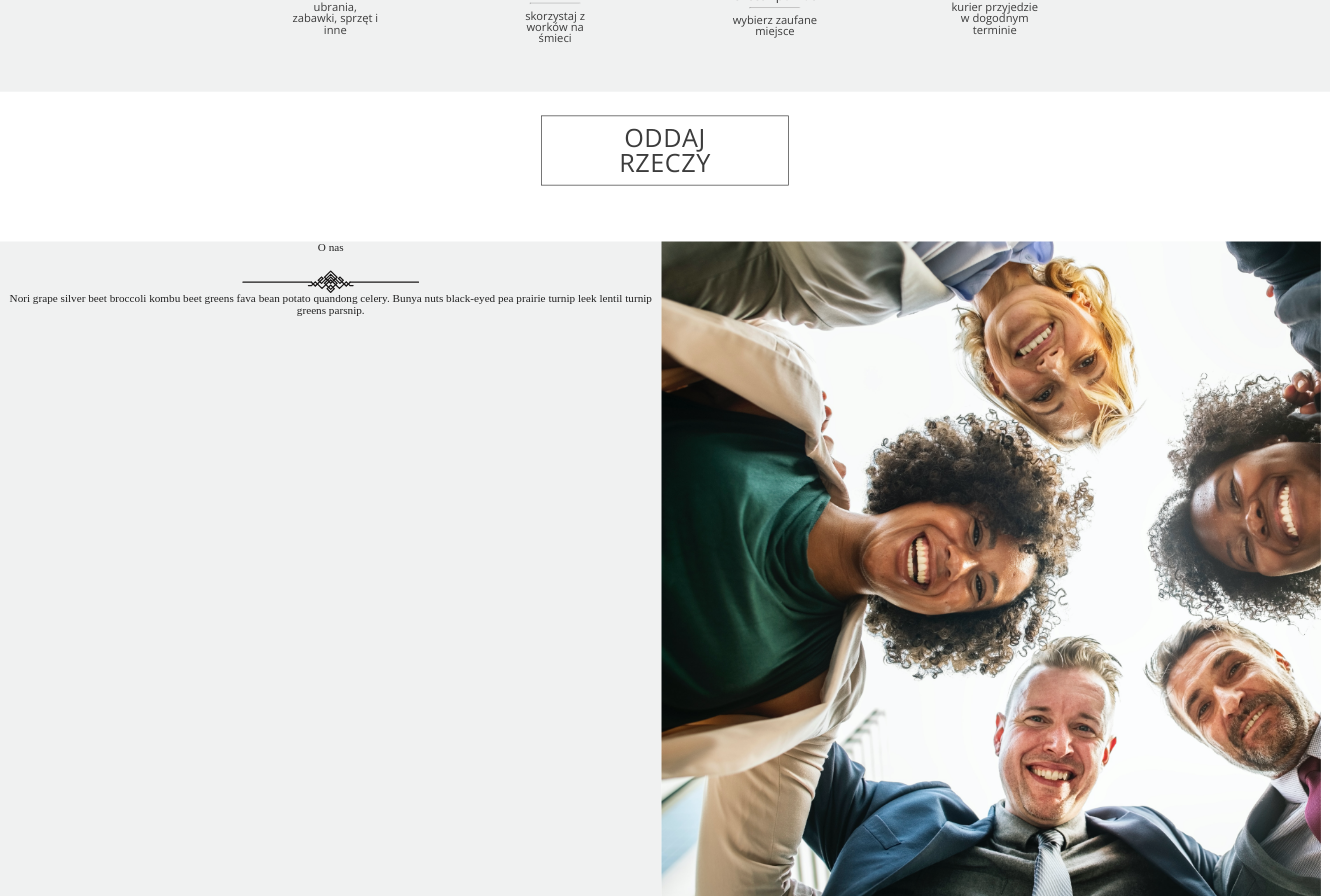
Repository: tomekwoojcik/oddam-w-dobre-rence
Page: /
These files come from the project's save history. The page is drawn as it stood at one moment and after the next save; the edit follows.
The browser window is 1280 px wide. The page is 1900 px wide, so the pictures cover 1900 px, including what lies to the right of the window. The pictures show the part of the page from y = 1720 to 3000 px (the page is 3000 px tall), at 70% of full size.
The project was rebuilt for these pictures with package versions that can differ from the ones it lists, and the page was loaded fresh each time. Also part of the build but not shown: src/pages/logIn/logIn.js, src/pages/register/register.js.

Above is the page before, as saved 2022-12-08 09:15:58.

### public/index.html
<!DOCTYPE html>
<html lang="en">
  <head>
    <meta charset="utf-8" />
    <link rel="icon" href="%PUBLIC_URL%/favicon.ico" />
    <meta name="viewport" content="width=device-width, initial-scale=1" />
    <meta name="theme-color" content="#000000" />
    <meta
      name="description"
      content="Web site created using create-react-app"
    />
    <link rel="apple-touch-icon" href="%PUBLIC_URL%/logo192.png" />
    <link rel="manifest" href="%PUBLIC_URL%/manifest.json" />
    <title>React App</title>
    <link rel="preconnect" href="https://fonts.googleapis.com">
    <link rel="preconnect" href="https://fonts.gstatic.com" crossorigin>
    <link
      href="https://fonts.googleapis.com/css2?family=Merriweather:ital,wght@0,300;0,400;0,700;0,900;1,300;1,400;1,700;1,900&family=Open+Sans:ital,wght@0,300;0,400;0,500;0,600;0,700;0,800;1,300;1,400;1,500;1,600;1,700;1,800&display=swap"
      rel="stylesheet">
  </head>
  <body>
    <div id="root"></div>
  </body>
</html>

### src/index.js
import React from 'react'
import ReactDOM from 'react-dom/client'
import './scss/main.scss'
import App from './App'
import reportWebVitals from './reportWebVitals'

const root = ReactDOM.createRoot(document.getElementById('root'))
root.render(
  <React.StrictMode>
    <App />
  </React.StrictMode>
)

// If you want to start measuring performance in your app, pass a function
// to log results (for example: reportWebVitals(console.log))
// or send to an analytics endpoint. Learn more: https://bit.ly/CRA-vitals
reportWebVitals()

### src/scss/main.scss
@import './reset';
@import './settings/colors';
@import './settings/fonts';
@import '../components/atoms/buttonsMenu/buttonsMenu';
@import '../components/molecules/navMenu/navMenu';
@import '../components/atoms/buttonsLoginLogout/buttonsLoginLogout';
@import '../components/molecules/navLoginLogout/navLoginLogout';
@import '../components/molecules/menu/menu';
@import '../components/atoms/photoInHeader/photoInHeader.scss';
@import '../components/organisms/header/header';
@import '../components/atoms/partTextInHeader/firstPartText';
@import '../components/molecules/rightPart/rightPart';
@import '../components/molecules/textInHeader/textInHeader';
@import '../components/atoms/decorationAssets/decorationAssets';
@import '../components/molecules/menuRightPartContext/menuRightPartContext';
@import '../components/atoms/buttonsInRightPartContext/buttonsInRightPartContext';
@import '../components/organisms/threeColumns/threeColumns';
@import '../pages/home/home';
@import '../components/molecules/oneColumn/oneColumn';
@import '../components/atoms/counterInColumn/counterInColumn';
@import '../components/atoms/titleInColumn/titleInColumn';
@import '../components/atoms/textInColumn/textInColumn';
@import '../components/atoms/simpleStepsTitle/simpleStepsTitle';
@import '../components/organisms/simpleSteps/simpleSteps';
@import '../components/atoms/simpleStepsColumn/simpleStepsColumn';
@import '../components/molecules/simpleStepsBar/simpleStepsBar';
@import '../components/organisms/aboutUsBar/aboutUsBar';

* {
    font-family: $font-base;
}

### src/App.js
/* eslint-disable react/react-in-jsx-scope */
import { Outlet, Route, Routes } from 'react-router'
import { BrowserRouter } from 'react-router-dom'
import Home from './pages/home/home'
import './App.css'
import LogIn from './pages/logIn/logIn'
import Register from './pages/register/register'

function App () {
  return (
    <div className="App">
      <Outlet />
      <BrowserRouter>
        <Routes>
          <Route path='/' element={<Home />} />
          <Route path='logowanie' element={<LogIn />} />
          <Route path='rejestracja' element={<Register />} />
        </Routes>

      </BrowserRouter>
    </div>
  )
}

export default App

### src/scss/settings/_colors.scss
$white-color: #F0F1F1;
$mustard-color: #5E5322;
$strong-yellow-color: #FAD648;
$grey-color: #737373;
$black-color: #3C3C3C;

### src/components/atoms/buttonsMenu/_buttonsMenu.scss
@import '../../../scss/settings/fonts';
@import '../../../scss/settings/colors';

.buttonItem {
    .button {
        font-size: 18px;
        padding: 9px 20px;
        color: $black-color;
        text-decoration: none;
        font-family: $font-base;
        border: 0.75px solid white;
    }

    .button:hover{
        border: 0.75px solid $black-color;
    }
}

### src/components/molecules/navMenu/_navMenu.scss
@import '../../../scss/settings/fonts';
@import '../../../scss/settings/colors';

.buttonList {
    margin-top: 10px;
    display: flex;
    flex-direction: row;
    justify-content: flex-end;
    margin-right: 142px;
}

### src/components/atoms/buttonsLoginLogout/_buttonsLoginLogout.scss
@import '../../../scss/settings/fonts';
@import '../../../scss/settings/colors';

.buttonMenuItems {
    .buttonMenu {
        font-family: $font-base;
        font-size: 14px;
        text-decoration: none;
        color: $grey-color;
        padding: 9px 10px;
        margin-left: 20px;
        border: 0.75px solid white;
    }

    .buttonMenu:hover{
        border-color: $strong-yellow-color;
    }
}

### src/components/molecules/navLoginLogout/_navLoginLogout.scss
.buttonMenuList{
    display: flex;
    flex-direction: row;
    justify-content: flex-end;
    margin-right: 142px;
    margin-bottom: 60px;
}

### src/components/molecules/menu/_menu.scss
.menu {
    width: 100%;
    margin-top: 37px;
    flex-direction: column;
}

### src/components/atoms/photoInHeader/_photoInHeader.scss
.photoHeader {
    width: 885px;
    height: 963px;
}

### src/components/organisms/header/_header.scss
.header {
    display: flex;
    flex-direction: row;
    width: 1758px;
}

### src/components/atoms/partTextInHeader/_firstPartText.scss
@import '../../../scss/settings/fonts';
@import '../../../scss/settings/colors';

.textInHeader{
    font-family: $font-base;
    font-size: 38px;
    margin-bottom: 10px;
}

### src/components/molecules/rightPart/_rightPart.scss
.rightPartHeader{
    display: flex;
    flex-direction: column;
}

### src/components/molecules/textInHeader/_textInHeader.scss
.textIn{
    margin-top: 210px;
}

### src/components/atoms/decorationAssets/_decorationAssets.scss
.decorationAssets {
    width: 253px;
    height: 33px;
    align-self: center;
    margin-top: 25px;
}

### src/components/molecules/menuRightPartContext/_menuRightPartContext.scss
.menuRightPartContext{
    display: flex;
    flex-direction: row;
    justify-content: center;
    margin-top: 65px;
}

### src/components/atoms/buttonsInRightPartContext/_buttonsInRightPartContext.scss
@import '../../../scss/settings/fonts';
@import '../../../scss/settings/colors';
@import '../../../scss/settings/otherVariables';

.buttonItemMenuContext {
    width: 250px;
    border: $border;
    padding: 13px 51px;

    .buttonMenuContext {

        text-transform: uppercase;
        text-decoration: none;
        color: $black-color;
        font-size: 36px;
        letter-spacing: 0.76px;
        word-wrap: break-word;
        font-family: $font-base;
        font-weight: 300;
    }

}

.buttonItemMenuContext:nth-child(2) {
    margin-left: 44px;
}

### src/scss/settings/_otherVariables.scss
@import '../settings/colors';
@import '../settings/colors';

$border: 0.75px solid $black-color;

### src/components/organisms/threeColumns/_threeColumns.scss
.threeColumns{
    background: url(../../../assets/backGround.png) ;
    width: 100%;
    display: flex;
    flex-direction: row;
    justify-content: space-around;
}

### src/pages/home/_home.scss
.homePage{
    width: 1900px;
    margin: 0 auto;
}

### src/components/molecules/oneColumn/_oneColumn.scss
.oneColumn {
    display: flex;
    flex-direction: column;
    justify-content: center;
    width: 334px;
    height: 252px;
    padding-top: 46px;
    padding-bottom: 86px;

}

### src/components/atoms/counterInColumn/_counterInColumn.scss
@import '../../../scss/settings/fonts';
@import '../../../scss/settings/colors';
@import '../../../scss/settings/otherVariables';

.counterColumn{
    font-size: 90px;
    font-family: $font-base;
    color: $mustard-color;
    font-weight: 300;
}

### src/components/atoms/titleInColumn/_titleInColumn.scss
@import '../../../scss/settings/fonts';
@import '../../../scss/settings/colors';
@import '../../../scss/settings/otherVariables';

.titleColumn{
    text-transform: uppercase;
    font-size: 18px;
    font-family: $font-base;
    letter-spacing: -0.36px;
    color: $black-color;
    margin: 10px 0 28px 0;

}

### src/components/atoms/textInColumn/_textInColumn.scss
@import '../../../scss/settings/fonts';
@import '../../../scss/settings/colors';
@import '../../../scss/settings/otherVariables';


.textColumn{
    font-family: $font-alt;
    font-size: 16px;
    font-weight: lighter;
    color: $black-color;
    letter-spacing: -0.32px;
    line-height: 25px;
}

### src/components/atoms/simpleStepsTitle/_simpleStepsTitle.scss
@import '../../../scss/settings/fonts';
@import '../../../scss/settings/colors';
@import '../../../scss/settings/otherVariables';

.simpleStepsTitle {
    font-size: 38px;
    font-family: $font-base;
    letter-spacing: -0.76px;
    color: $black-color;
    font-weight: 300;
}

### src/components/organisms/simpleSteps/_simpleSteps.scss
.simpleSteps{
    padding: 55px 0 80px 0;
    display: flex;
    flex-direction: column;

    .buttonItemMenuContext{
        align-self: center;
    }
}

### src/components/atoms/simpleStepsColumn/_simpleStepsColumn.scss
@import '../../../scss/settings/fonts';
@import '../../../scss/settings/colors';
@import '../../../scss/settings/otherVariables';

.simpleStepsColumn {
    width: 130px;
    height: 172px;

    .simpleStepsColumnImg {
        width: 83px;
        height: 83px;
    }

    .simpleStepsColumnTitle {
        font-family: $font-base;
        font-size: 18px;
        color: $black-color;
    }

    .simpleStepsColumnLine {
        color: $grey-color;
        width: 70px;
    }

    .simpleStepsColumnText {
        font-family: $font-base;
        font-size: 16px;
        color: $black-color;
        height: 40px;
        width: 100%;
    }
}


.simpleStepsColumn:nth-child(2){
    .simpleStepsColumnTitle{
        margin-top: 12px;
    }
}

### src/components/molecules/simpleStepsBar/_simpleStepsBar.scss
@import '../../../scss/settings/fonts';
@import '../../../scss/settings/colors';
@import '../../../scss/settings/otherVariables';

.simpleStepsBar {
    background-color: $white-color;
    padding: 71px 414px 76px 414px;
    display: flex;
    flex-direction: row;
    justify-content: space-between;
    margin-top: 34px;
    margin-bottom: 34px;
}

### src/components/organisms/aboutUsBar/_aboutUsBar.scss
@import '../../atoms/aboutUsImg/aboutUsImg';
@import '../../atoms/aboutUsText/aboutUsText';

.aboutUsBar{
    height: 935px;
    display: flex;
}

### src/components/atoms/aboutUsImg/_aboutUsImg.scss
.aboutUsImg{
    background-image: url('../../../assets/People.png');
    width: 942px;
    height: 100%;

}

### src/components/atoms/aboutUsText/_aboutUsText.scss
@import '../../../scss/settings/fonts';
@import '../../../scss/settings/colors';
@import '../../../scss/settings/otherVariables';

.aboutUsText{
    background-color: $white-color;
    width: 945px;
}

### src/pages/home/home.js
import React from 'react'
import AboutUsBar from '../../components/organisms/aboutUsBar/aboutUsBar'
import Header from '../../components/organisms/header/header'
import SimpleSteps from '../../components/organisms/simpleSteps/simpleSteps'
import ThreeColumns from '../../components/organisms/threeColumns/threeColumns'

const Home = () => {
  return (
    <div className='homePage'>
      <Header />
      <ThreeColumns />
      <SimpleSteps />
      <AboutUsBar/>
    </div>
  )
}

export default Home

### src/components/organisms/aboutUsBar/aboutUsBar.js
import React from 'react'
import AboutUsImg from '../../atoms/aboutUsImg/aboutUsImg'
import AboutUsText from '../../atoms/aboutUsText/aboutUsText'

const AboutUsBar = () => {
  return (
        <div className='aboutUsBar'>
          <AboutUsText aboutUsTextTitle={'O nas'} aboutUsTextinText={'Nori grape silver beet broccoli kombu beet greens fava bean potato quandong celery. Bunya nuts black-eyed pea prairie turnip leek lentil turnip greens parsnip.'} />
          <AboutUsImg/>
        </div>
  )
}

export default AboutUsBar

### src/components/organisms/header/header.js
import React from 'react'
import PhotoInHeader from '../../atoms/photoInHeader/photoInHeader'
import RightPart from '../../molecules/rightPart/rightPart'
const Header = () => {
  return (
    <header className='header'>
      <PhotoInHeader />
      <RightPart />
    </header>

  )
}

export default Header

### src/components/organisms/simpleSteps/simpleSteps.js
import React from 'react'
import SimpleStepsTitle from '../../atoms/simpleStepsTitle/simpleStepsTitle'
import DecorationAssets from '../../atoms/decorationAssets/decorationAssets'
import SimpleStepsBar from '../../molecules/simpleStepsBar/simpleStepsBar'
import ButtonsInRightPartContext from '../../atoms/buttonsInRightPartContext/buttonsInRightPartContext'
const SimpleSteps = () => {
  return (
        <div className='simpleSteps'>
            <SimpleStepsTitle text={'Wystarczą 4 proste kroki'} />
            <DecorationAssets />
            <SimpleStepsBar />
            <ButtonsInRightPartContext buttonName={'oddaj rzeczy'} />
        </div>
  )
}

export default SimpleSteps

### src/components/organisms/threeColumns/threeColumns.js
import React from 'react'
import OneColumn from '../../molecules/oneColumn/oneColumn'

const ThreeColumns = () => {
  return (
        <div className='threeColumns'>
          <OneColumn counter={'10'} title={'Oddanych worków'} text={'Lorem ipsum dolor sit amet, consectetur adipisc Pellentesque vel enim a elit viverra elementuma. Aliquam erat volutpat.'} />
          <OneColumn counter={'5'} title={'Wspartych organizacji'} text={'Lorem ipsum dolor sit amet, consectetur adipisc Pellentesque vel enim a elit viverra elementuma. Aliquam erat volutpat.'} />
          <OneColumn counter={'7'} title={'Zorganizowanych zbiórek'} text={'Lorem ipsum dolor sit amet, consectetur adipisc Pellentesque vel enim a elit viverra elementuma. Aliquam erat volutpat.'} />
        </div>
  )
}

export default ThreeColumns

### src/components/atoms/aboutUsImg/aboutUsImg.js
import React from 'react'
const AboutUsImg = () => {
  return (
        <div className='aboutUsImg'/>
  )
}

export default AboutUsImg

### src/components/atoms/aboutUsText/aboutUsText.js
/* eslint-disable react/prop-types */
import DecorationAsets from '../decorationAssets/decorationAssets'
import React from 'react'

const AboutUsText = ({ aboutUsTextTitle, aboutUsTextinText }) => {
  return (
        <div className='aboutUsText'>
            <h3 className='aboutUsTextTitle'>{aboutUsTextTitle}</h3>
            <DecorationAsets />
          <p className='aboutUsTextinText'>{aboutUsTextinText}</p>
          <div className='aboutUsSignature'/>
        </div>
  )
}

export default AboutUsText

### src/components/atoms/photoInHeader/photoInHeader.js
import React from 'react'
import Image from '../../../assets/Home-Hero-Image.jpg'

const PhotoInHeader = () => {
  return (
    <img className='photoHeader' src={Image} />
  )
}

export default PhotoInHeader

### src/components/molecules/rightPart/rightPart.js
import React from 'react'
import Menu from '../menu/menu'
import RightPartContext from '../rightPartContext/rightPartContext'

const RightPart = () => {
  return (
    <div className='rightPartHeader'>
      <Menu />
      <RightPartContext />
    </div>
  )
}

export default RightPart

### src/components/atoms/simpleStepsTitle/simpleStepsTitle.js
/* eslint-disable react/prop-types */
import React from 'react'

const SimpleStepsTitle = ({ text }) => {
  return (
        <h4 className='simpleStepsTitle'>{text}</h4>
  )
}

export default SimpleStepsTitle

### src/components/atoms/decorationAssets/decorationAssets.js
import React from 'react'
import DecoratorImage from '../../../assets/Decoration.svg'
const DecorationAssets = () => {
  return (
        <img className="decorationAssets" src={DecoratorImage} />
  )
}

export default DecorationAssets

### src/components/atoms/buttonsInRightPartContext/buttonsInRightPartContext.js
import React from 'react'
import { NavLink } from 'react-router-dom'

// eslint-disable-next-line react/prop-types
const ButtonsInRightPartContext = ({ source, buttonName }) => {
  return (
    <div className='buttonItemMenuContext'><NavLink className='buttonMenuContext' to={source}>{buttonName}</NavLink></div>
  )
}

export default ButtonsInRightPartContext

### src/components/molecules/oneColumn/oneColumn.js
/* eslint-disable react/prop-types */
import React from 'react'
import CounterInColumn from '../../atoms/counterInColumn/counterInColumn'
import TextInColumn from '../../atoms/textInColumn/textInColumn'
import TitleInColumn from '../../atoms/titleInColumn/titleInColumn'

const OneColumn = ({ counter, title, text }) => {
  return (
        <div className='oneColumn'>
            <CounterInColumn counterColumn={counter} />
            <TitleInColumn titleColumn={title} />
            <TextInColumn textColumn={text} />
        </div>
  )
}

export default OneColumn

### src/components/molecules/menu/menu.js
import React from 'react'
import NavLoginLogout from '../navLoginLogout/navLoginLogout'
import NavMenu from '../navMenu/navMenu'

const Menu = () => {
  return (
    <div className='menu'>
      <NavLoginLogout />
      <NavMenu />
    </div>
  )
}

export default Menu

### src/components/molecules/rightPartContext/rightPartContext.js
import React from 'react'
import DecorationAssets from '../../atoms/decorationAssets/decorationAssets'
import MenuRightPartContext from '../menuRightPartContext/menuRightPartContext'
import TextInHeader from '../textInHeader/textInHeader'

const RightPartContext = () => {
  return (
      <div className='rightPartContext'>
          <TextInHeader />
          <DecorationAssets />
          <MenuRightPartContext/>
        </div>
  )
}

export default RightPartContext

### src/components/atoms/simpleStepsColumn/simpleStepsColumn.js
/* eslint-disable react/prop-types */
import React from 'react'

const SimpleStepsColumn = ({ source, simpleStepsColumnTitle, simpleStepsColumnText }) => {
  return (
    <div className='simpleStepsColumn'>
          <img className='simpleStepsColumnImg' src={source} />
          <h4 className='simpleStepsColumnTitle' >{simpleStepsColumnTitle}</h4>
          <hr className='simpleStepsColumnLine' />
          <p className='simpleStepsColumnText'>{simpleStepsColumnText}</p>
    </div>
  )
}

export default SimpleStepsColumn

### src/components/atoms/counterInColumn/counterInColumn.js
/* eslint-disable react/prop-types */
import React from 'react'

const CounterInColumn = ({ counterColumn }) => {
  return (
    <h3 className='counterColumn'>{counterColumn}</h3>
  )
}

export default CounterInColumn

### src/components/atoms/textInColumn/textInColumn.js
/* eslint-disable react/prop-types */
import React from 'react'

const TextInColumn = ({ textColumn }) => {
  return (
      <p className='textColumn'>{ textColumn }</p>
  )
}

export default TextInColumn

### src/components/atoms/titleInColumn/titleInColumn.js
/* eslint-disable react/prop-types */
import React from 'react'

const TitleInColumn = ({ titleColumn }) => {
  return (
      <h4 className='titleColumn'>{titleColumn}</h4>
  )
}

export default TitleInColumn

### src/components/molecules/navLoginLogout/navLoginLogout.js
import React from 'react'
import ButtonsLoginLogout from '../../atoms/buttonsLoginLogout/buttonsLoginLogout'

const NavLoginLogout = () => {
  return (
        <ul className='buttonMenuList'>
          <ButtonsLoginLogout source={'logowanie'} buttonName={'Zaloguj'} />
          <ButtonsLoginLogout source={'rejestracja'} buttonName={'Załóź konto'} />
        </ul>
  )
}

export default NavLoginLogout

### src/components/molecules/navMenu/navMenu.js
import React from 'react'
import ButtonsMenu from '../../atoms/buttonsMenu/buttonsMenu'

const NavMenu = () => {
  return (
        <ul className='buttonList'>
          <ButtonsMenu source={'/'} linkName={'Start'} />
          <ButtonsMenu source={'/'} linkName={'O co chodzi?'} />
          <ButtonsMenu source={'/'} linkName={'O nas'} />
          <ButtonsMenu source={'/'} linkName={'Fundacje i organizacje'} />
          <ButtonsMenu source={'/'} linkName={'Kontakt'} />
        </ul>
  )
}

export default NavMenu

### src/components/molecules/menuRightPartContext/menuRightPartContext.js
import React from 'react'
import ButtonsInRightPartContext from '../../atoms/buttonsInRightPartContext/buttonsInRightPartContext'

const MenuRightPartContext = () => {
  return (
      <ul className='menuRightPartContext'>
      <ButtonsInRightPartContext source={'#'} buttonName={'Oddaj rzeczy'} />
      <ButtonsInRightPartContext source={'#'} buttonName={'Zorganizuj zbiórke'} />
    </ul>
  )
}

export default MenuRightPartContext

### src/components/molecules/textInHeader/textInHeader.js
import React from 'react'
import FirstPartText from '../../atoms/partTextInHeader/firstPartText'

const TextInHeader = () => {
  return (
        <div className='textIn'>
          <FirstPartText textHeader={'Zacznij pomagać!'} />
          <FirstPartText textHeader={'Oddaj niechciane rzeczy w zaufane ręce'} />
        </div>
  )
}

export default TextInHeader

### src/components/atoms/buttonsLoginLogout/buttonsLoginLogout.js
/* eslint-disable react/prop-types */
import React from 'react'
import { NavLink } from 'react-router-dom'

const ButtonsLoginLogout = ({ source, buttonName }) => {
  return (
        <li className='buttonMenuItems'><NavLink className='buttonMenu' to={source}>{buttonName}</NavLink></li>
  )
}

export default ButtonsLoginLogout

### src/components/atoms/buttonsMenu/buttonsMenu.js
import React from 'react'
import { NavLink } from 'react-router-dom'

// eslint-disable-next-line react/prop-types
const ButtonsMenu = ({ source, linkName }) => {
  return (
        <li className='buttonItem'><NavLink className="button" to={source}>{linkName}</NavLink></li>
  )
}

export default ButtonsMenu

### src/components/atoms/partTextInHeader/firstPartText.js
import React from 'react'

// eslint-disable-next-line react/prop-types
const FirstPartText = ({ textHeader }) => {
  return (
    <h3 className='textInHeader'>{textHeader}</h3>
  )
}

export default FirstPartText

Loaded but not shown: src/reportWebVitals.js (common file); src/scss/_reset.scss (common file); src/scss/settings/_fonts.scss (common file); src/App.css (common file); src/components/molecules/simpleStepsBar/simpleStepsBar.js (19 lines, source omitted)

After the next save:
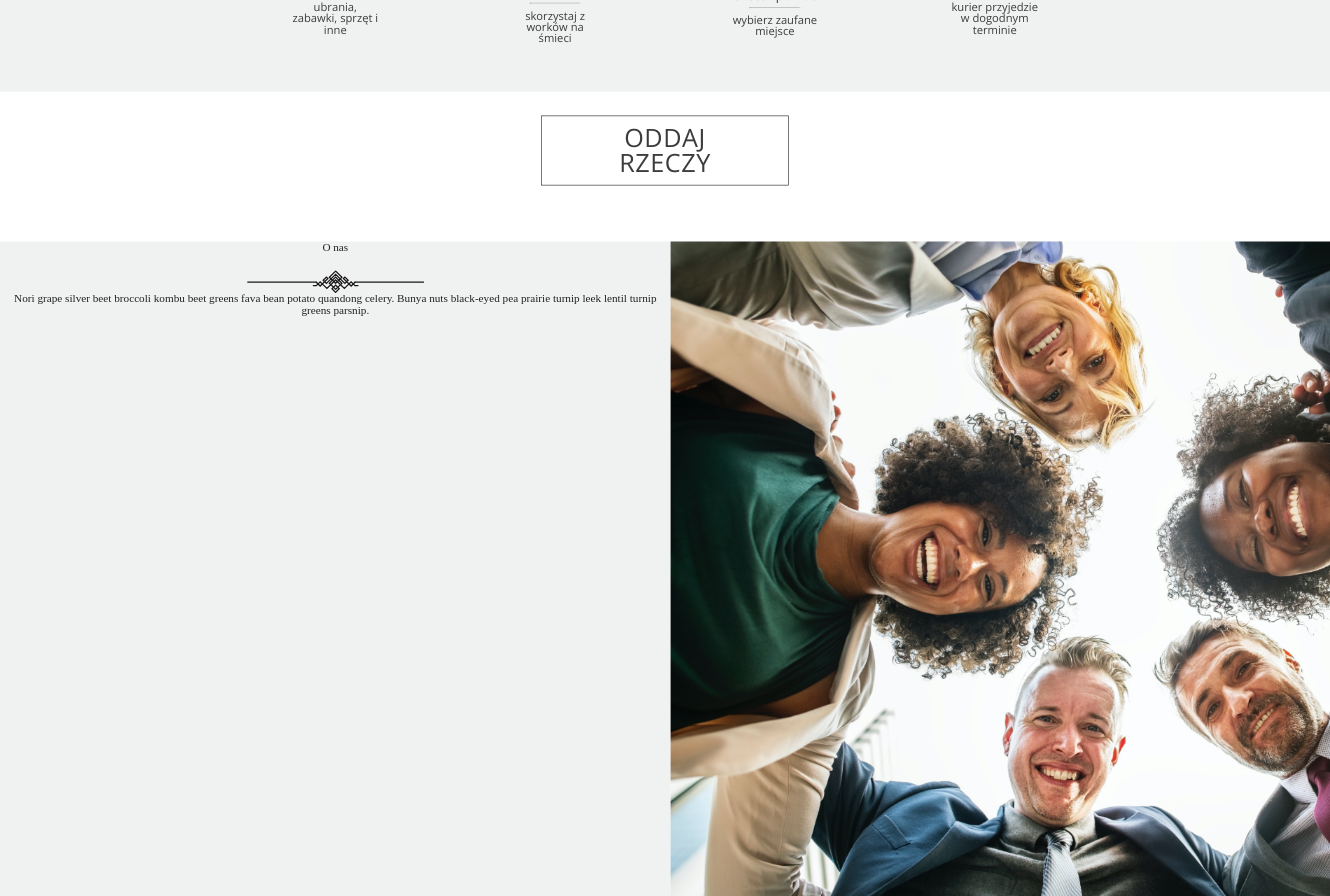
Saved 64 s later.
--- a/src/components/atoms/aboutUsText/_aboutUsText.scss
+++ b/src/components/atoms/aboutUsText/_aboutUsText.scss
@@ -4,5 +4,5 @@
 
 .aboutUsText{
     background-color: $white-color;
-    width: 945px;
+    width: 958px;
 }
